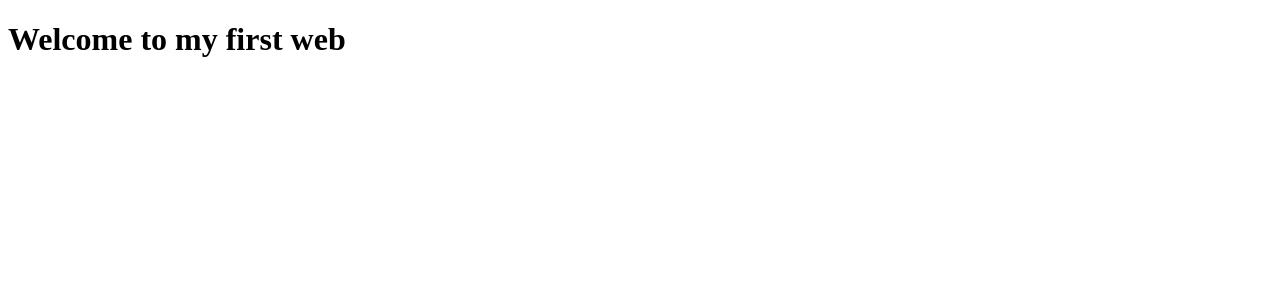
Repository: nguyenluat/demo-test
Page: index.html
These files come from the project's save history. The page is drawn as it stood at one moment and after the next save; the edit follows.
The browser window is 1280 px wide. The pictures show the whole page.

Above is the page before, as saved 2022-10-02 21:58:31.

### index.html
<!DOCTYPE html>
<html lang="en">
<head>
  <meta charset="UTF-8">
  <meta http-equiv="X-UA-Compatible" content="IE=edge">
  <meta name="viewport" content="width=device-width, initial-scale=1.0">
  <title>Document</title>
</head>
<body>
<h1>Welcome to my first web</h1>
</body>
</html>

After the next save:
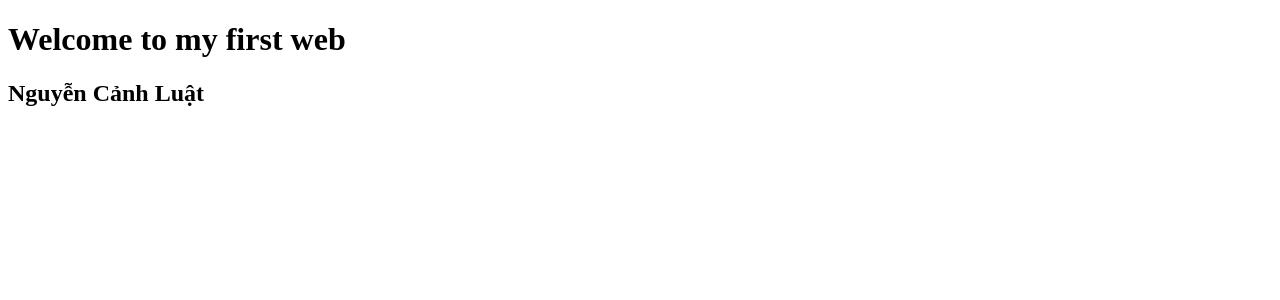
Saved 34 s later.
--- a/index.html
+++ b/index.html
@@ -8,5 +8,6 @@
 </head>
 <body>
 <h1>Welcome to my first web</h1>
+<h2>Nguyễn Cảnh Luật</h2>
 </body>
 </html>
